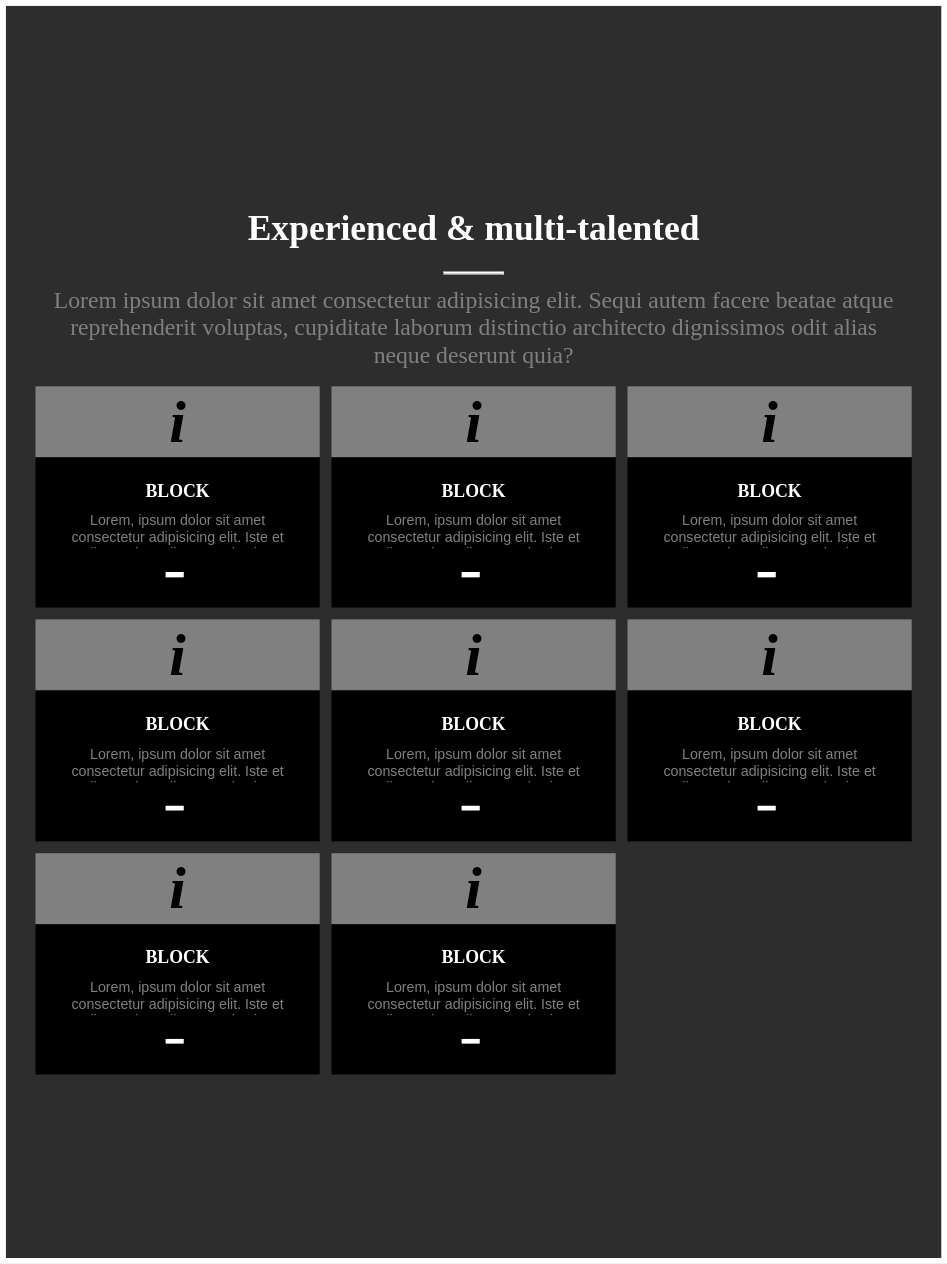
Repository: MohmdMHR/limesharp-test
Page: /
The author's editor kept a copy of each file at every save. The page is drawn from the files as they stood at one save, then again after the next save.
The browser window is 1280 px wide. The pictures show the whole page, at 74% of full size.
The project was rebuilt for these pictures with package versions that can differ from the ones it lists, and the page was loaded fresh each time. Also part of the build but not shown: vue.config.js.

Above is the page before, as saved 2022-07-20 18:27:06.

After the next save:
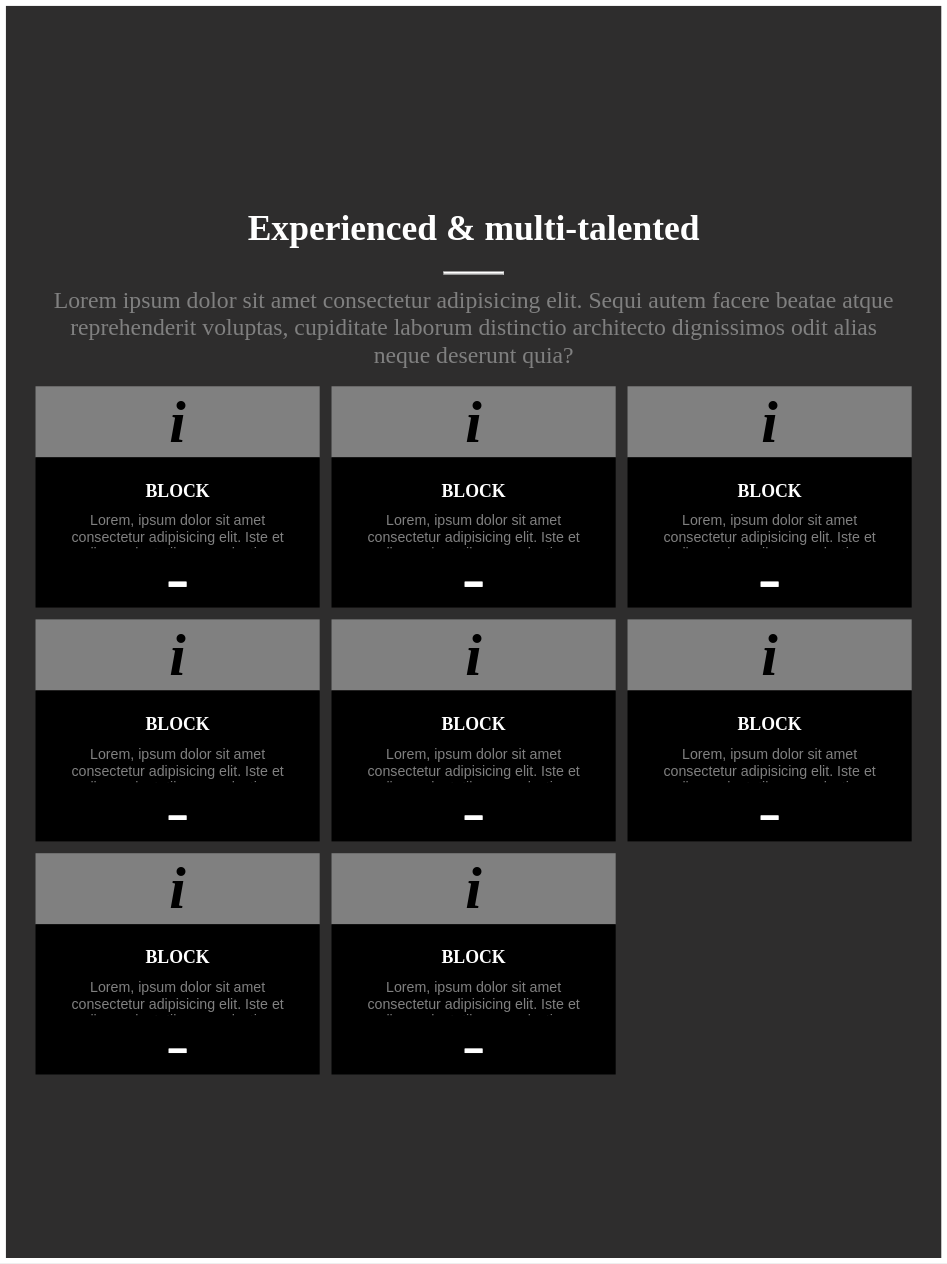
Saved 3 min 56 s later.
--- a/src/components/card.vue
+++ b/src/components/card.vue
@@ -87,14 +87,15 @@ export default {
   height: 2rem;
   position: relative;
   width: 2rem;
+  border-radius: 50%;
   &:before,
   &:after {
     background: white;
+    top: 13px;
+    left: 4px;
     content: "";
     height: 0.4rem;
-    left: 0;
     position: absolute;
-    top: 0;
     width: 1.5rem;
     transition: transform 500ms ease;
   }
